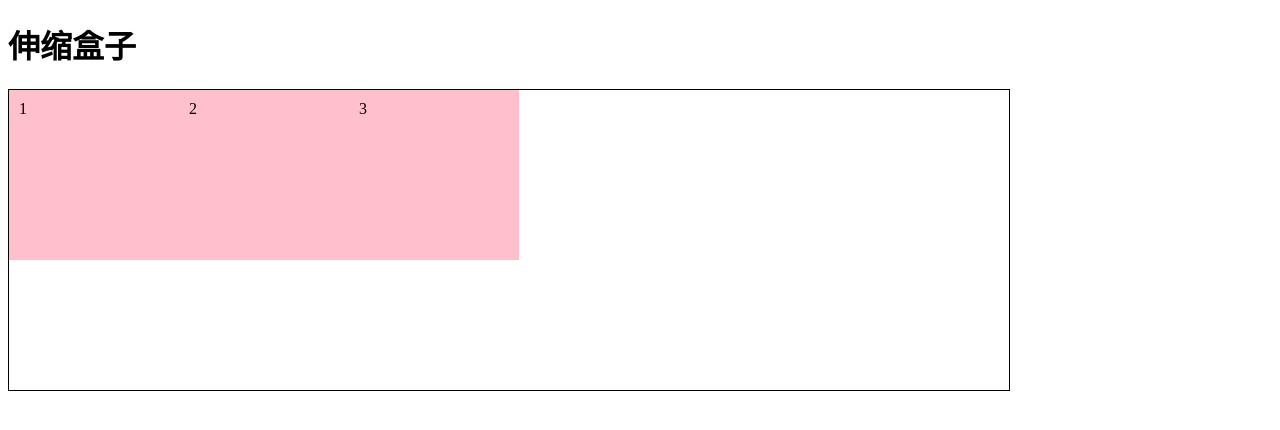
Repository: liuxi0811/web-demo
Page: 伸缩布局.html
An editor plug-in stored every save of this project. The page is shown before and after the next save, followed by the edit.
The browser window is 1280 px wide. The pictures show the whole page.

Above is the page before, as saved 2020-12-03 18:01:18.

After the next save:
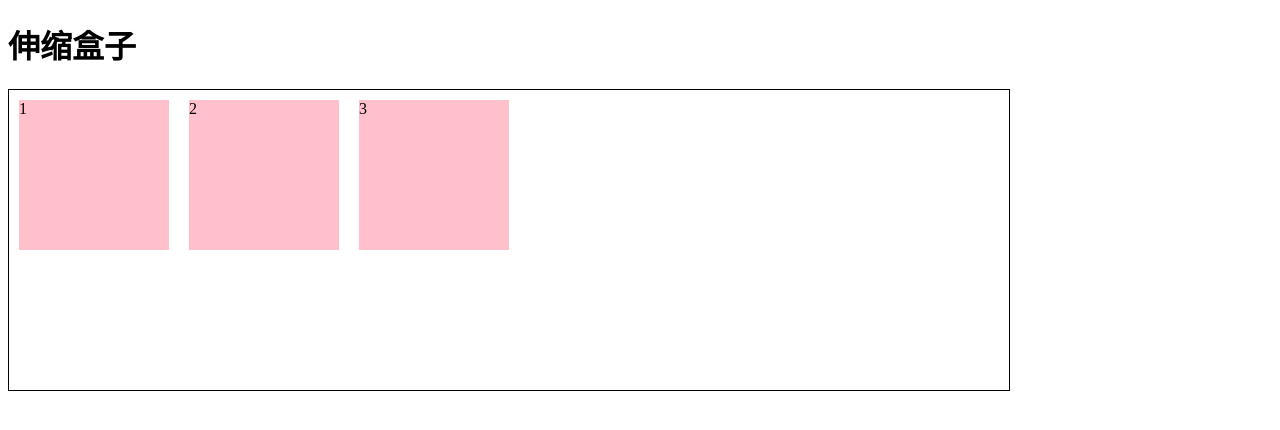
Saved 39 s later.
--- a/伸缩布局.html
+++ b/伸缩布局.html
@@ -16,7 +16,7 @@
             width: 150px;
             height: 150px;
             background: pink;
-            padding: 10px;
+            margin: 10px;
             /* display: flex; */
             /* flex: 1; */
         }
